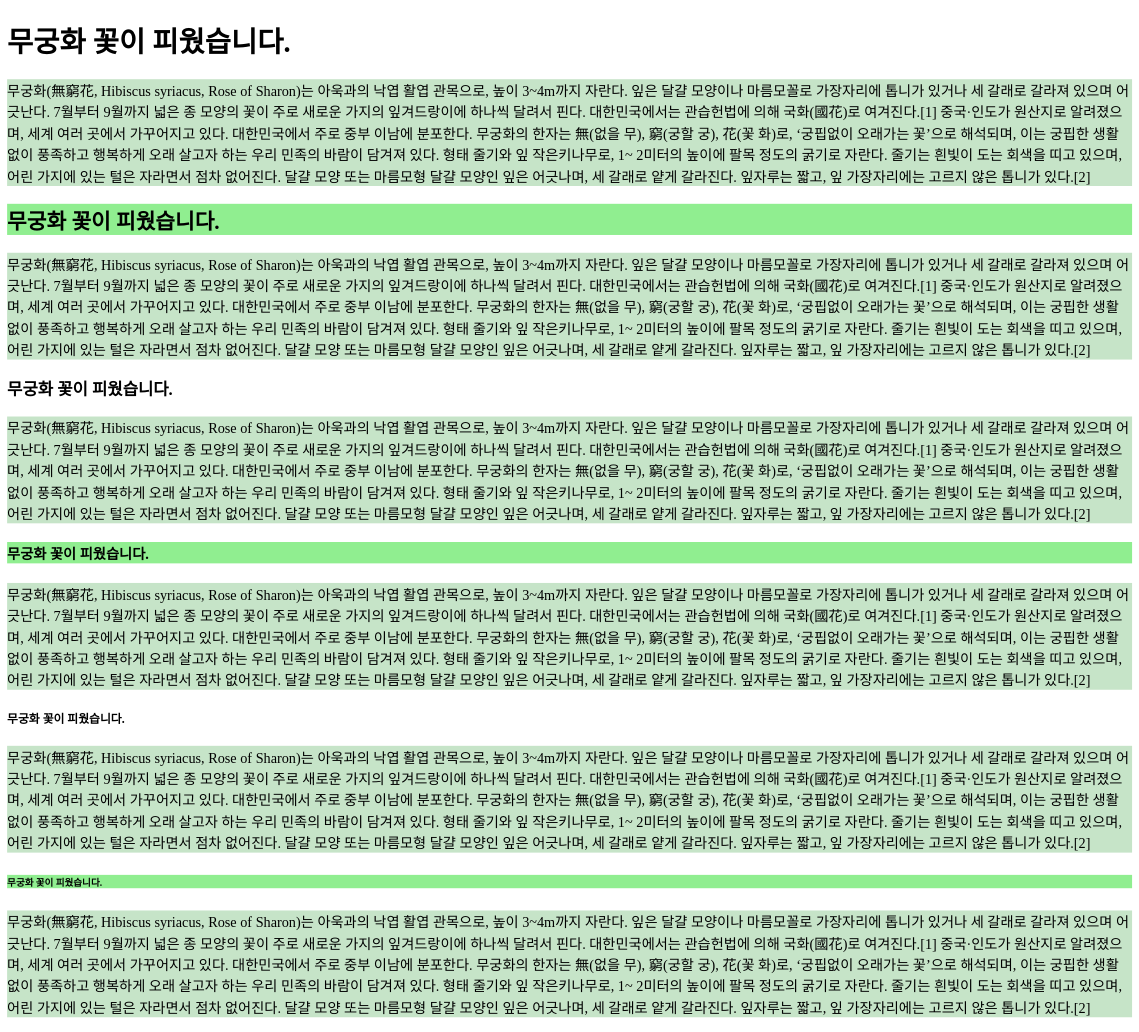
Repository: sH1222J/SH_DDit_WEB_study
Page: workspace/webpro/src/main/webapp/0304/heading제목테스트.html
These files come from the project's save history. The page is drawn as it stood at one moment and after the next save; the edit follows.
The browser window is 1280 px wide. The pictures show the whole page, at 89% of full size.

Above is the page before, as saved 2025-03-04 03:12:06.

### workspace/webpro/src/main/webapp/0304/heading제목테스트.html
<!DOCTYPE html>
<html>
<head>
<meta charset="UTF-8">
<title>Insert title here</title>

<style>
h1,h3,h5 {
	background: srblue;
}

h2,h4,h6 {
	background: lightgreen;
}

p {
	background: rgb(198, 228, 200);
}
</style>

</head>
<body>
	<h1>무궁화 꽃이 피웠습니다.</h1>
	<p>무궁화(無窮花, Hibiscus syriacus, Rose of Sharon)는 아욱과의 낙엽 활엽 관목으로, 높이
		3~4m까지 자란다. 잎은 달걀 모양이나 마름모꼴로 가장자리에 톱니가 있거나 세 갈래로 갈라져 있으며 어긋난다. 7월부터
		9월까지 넓은 종 모양의 꽃이 주로 새로운 가지의 잎겨드랑이에 하나씩 달려서 핀다. 대한민국에서는 관습헌법에 의해
		국화(國花)로 여겨진다.[1] 중국·인도가 원산지로 알려졌으며, 세계 여러 곳에서 가꾸어지고 있다. 대한민국에서 주로 중부
		이남에 분포한다. 무궁화의 한자는 無(없을 무), 窮(궁할 궁), 花(꽃 화)로, ‘궁핍없이 오래가는 꽃’으로 해석되며, 이는
		궁핍한 생활 없이 풍족하고 행복하게 오래 살고자 하는 우리 민족의 바람이 담겨져 있다. 형태 줄기와 잎 작은키나무로, 1~
		2미터의 높이에 팔목 정도의 굵기로 자란다. 줄기는 흰빛이 도는 회색을 띠고 있으며, 어린 가지에 있는 털은 자라면서 점차
		없어진다. 달걀 모양 또는 마름모형 달걀 모양인 잎은 어긋나며, 세 갈래로 얕게 갈라진다. 잎자루는 짧고, 잎 가장자리에는
		고르지 않은 톱니가 있다.[2]</p>
	<h2>무궁화 꽃이 피웠습니다.</h2>
	<p>무궁화(無窮花, Hibiscus syriacus, Rose of Sharon)는 아욱과의 낙엽 활엽 관목으로, 높이
		3~4m까지 자란다. 잎은 달걀 모양이나 마름모꼴로 가장자리에 톱니가 있거나 세 갈래로 갈라져 있으며 어긋난다. 7월부터
		9월까지 넓은 종 모양의 꽃이 주로 새로운 가지의 잎겨드랑이에 하나씩 달려서 핀다. 대한민국에서는 관습헌법에 의해
		국화(國花)로 여겨진다.[1] 중국·인도가 원산지로 알려졌으며, 세계 여러 곳에서 가꾸어지고 있다. 대한민국에서 주로 중부
		이남에 분포한다. 무궁화의 한자는 無(없을 무), 窮(궁할 궁), 花(꽃 화)로, ‘궁핍없이 오래가는 꽃’으로 해석되며, 이는
		궁핍한 생활 없이 풍족하고 행복하게 오래 살고자 하는 우리 민족의 바람이 담겨져 있다. 형태 줄기와 잎 작은키나무로, 1~
		2미터의 높이에 팔목 정도의 굵기로 자란다. 줄기는 흰빛이 도는 회색을 띠고 있으며, 어린 가지에 있는 털은 자라면서 점차
		없어진다. 달걀 모양 또는 마름모형 달걀 모양인 잎은 어긋나며, 세 갈래로 얕게 갈라진다. 잎자루는 짧고, 잎 가장자리에는
		고르지 않은 톱니가 있다.[2]</p>
	<h3>무궁화 꽃이 피웠습니다.</h3>
	<p>무궁화(無窮花, Hibiscus syriacus, Rose of Sharon)는 아욱과의 낙엽 활엽 관목으로, 높이
		3~4m까지 자란다. 잎은 달걀 모양이나 마름모꼴로 가장자리에 톱니가 있거나 세 갈래로 갈라져 있으며 어긋난다. 7월부터
		9월까지 넓은 종 모양의 꽃이 주로 새로운 가지의 잎겨드랑이에 하나씩 달려서 핀다. 대한민국에서는 관습헌법에 의해
		국화(國花)로 여겨진다.[1] 중국·인도가 원산지로 알려졌으며, 세계 여러 곳에서 가꾸어지고 있다. 대한민국에서 주로 중부
		이남에 분포한다. 무궁화의 한자는 無(없을 무), 窮(궁할 궁), 花(꽃 화)로, ‘궁핍없이 오래가는 꽃’으로 해석되며, 이는
		궁핍한 생활 없이 풍족하고 행복하게 오래 살고자 하는 우리 민족의 바람이 담겨져 있다. 형태 줄기와 잎 작은키나무로, 1~
		2미터의 높이에 팔목 정도의 굵기로 자란다. 줄기는 흰빛이 도는 회색을 띠고 있으며, 어린 가지에 있는 털은 자라면서 점차
		없어진다. 달걀 모양 또는 마름모형 달걀 모양인 잎은 어긋나며, 세 갈래로 얕게 갈라진다. 잎자루는 짧고, 잎 가장자리에는
		고르지 않은 톱니가 있다.[2]</p>
	<h4>무궁화 꽃이 피웠습니다.</h4>
	<p>무궁화(無窮花, Hibiscus syriacus, Rose of Sharon)는 아욱과의 낙엽 활엽 관목으로, 높이
		3~4m까지 자란다. 잎은 달걀 모양이나 마름모꼴로 가장자리에 톱니가 있거나 세 갈래로 갈라져 있으며 어긋난다. 7월부터
		9월까지 넓은 종 모양의 꽃이 주로 새로운 가지의 잎겨드랑이에 하나씩 달려서 핀다. 대한민국에서는 관습헌법에 의해
		국화(國花)로 여겨진다.[1] 중국·인도가 원산지로 알려졌으며, 세계 여러 곳에서 가꾸어지고 있다. 대한민국에서 주로 중부
		이남에 분포한다. 무궁화의 한자는 無(없을 무), 窮(궁할 궁), 花(꽃 화)로, ‘궁핍없이 오래가는 꽃’으로 해석되며, 이는
		궁핍한 생활 없이 풍족하고 행복하게 오래 살고자 하는 우리 민족의 바람이 담겨져 있다. 형태 줄기와 잎 작은키나무로, 1~
		2미터의 높이에 팔목 정도의 굵기로 자란다. 줄기는 흰빛이 도는 회색을 띠고 있으며, 어린 가지에 있는 털은 자라면서 점차
		없어진다. 달걀 모양 또는 마름모형 달걀 모양인 잎은 어긋나며, 세 갈래로 얕게 갈라진다. 잎자루는 짧고, 잎 가장자리에는
		고르지 않은 톱니가 있다.[2]</p>
	<h5>무궁화 꽃이 피웠습니다.</h5>
	<p>무궁화(無窮花, Hibiscus syriacus, Rose of Sharon)는 아욱과의 낙엽 활엽 관목으로, 높이
		3~4m까지 자란다. 잎은 달걀 모양이나 마름모꼴로 가장자리에 톱니가 있거나 세 갈래로 갈라져 있으며 어긋난다. 7월부터
		9월까지 넓은 종 모양의 꽃이 주로 새로운 가지의 잎겨드랑이에 하나씩 달려서 핀다. 대한민국에서는 관습헌법에 의해
		국화(國花)로 여겨진다.[1] 중국·인도가 원산지로 알려졌으며, 세계 여러 곳에서 가꾸어지고 있다. 대한민국에서 주로 중부
		이남에 분포한다. 무궁화의 한자는 無(없을 무), 窮(궁할 궁), 花(꽃 화)로, ‘궁핍없이 오래가는 꽃’으로 해석되며, 이는
		궁핍한 생활 없이 풍족하고 행복하게 오래 살고자 하는 우리 민족의 바람이 담겨져 있다. 형태 줄기와 잎 작은키나무로, 1~
		2미터의 높이에 팔목 정도의 굵기로 자란다. 줄기는 흰빛이 도는 회색을 띠고 있으며, 어린 가지에 있는 털은 자라면서 점차
		없어진다. 달걀 모양 또는 마름모형 달걀 모양인 잎은 어긋나며, 세 갈래로 얕게 갈라진다. 잎자루는 짧고, 잎 가장자리에는
		고르지 않은 톱니가 있다.[2]</p>

	<h6>무궁화 꽃이 피웠습니다.</h6>
	<p>무궁화(無窮花, Hibiscus syriacus, Rose of Sharon)는 아욱과의 낙엽 활엽 관목으로, 높이
		3~4m까지 자란다. 잎은 달걀 모양이나 마름모꼴로 가장자리에 톱니가 있거나 세 갈래로 갈라져 있으며 어긋난다. 7월부터
		9월까지 넓은 종 모양의 꽃이 주로 새로운 가지의 잎겨드랑이에 하나씩 달려서 핀다. 대한민국에서는 관습헌법에 의해
		국화(國花)로 여겨진다.[1] 중국·인도가 원산지로 알려졌으며, 세계 여러 곳에서 가꾸어지고 있다. 대한민국에서 주로 중부
		이남에 분포한다. 무궁화의 한자는 無(없을 무), 窮(궁할 궁), 花(꽃 화)로, ‘궁핍없이 오래가는 꽃’으로 해석되며, 이는
		궁핍한 생활 없이 풍족하고 행복하게 오래 살고자 하는 우리 민족의 바람이 담겨져 있다. 형태 줄기와 잎 작은키나무로, 1~
		2미터의 높이에 팔목 정도의 굵기로 자란다. 줄기는 흰빛이 도는 회색을 띠고 있으며, 어린 가지에 있는 털은 자라면서 점차
		없어진다. 달걀 모양 또는 마름모형 달걀 모양인 잎은 어긋나며, 세 갈래로 얕게 갈라진다. 잎자루는 짧고, 잎 가장자리에는
		고르지 않은 톱니가 있다.[2]</p>

</body>
</html>

After the next save:
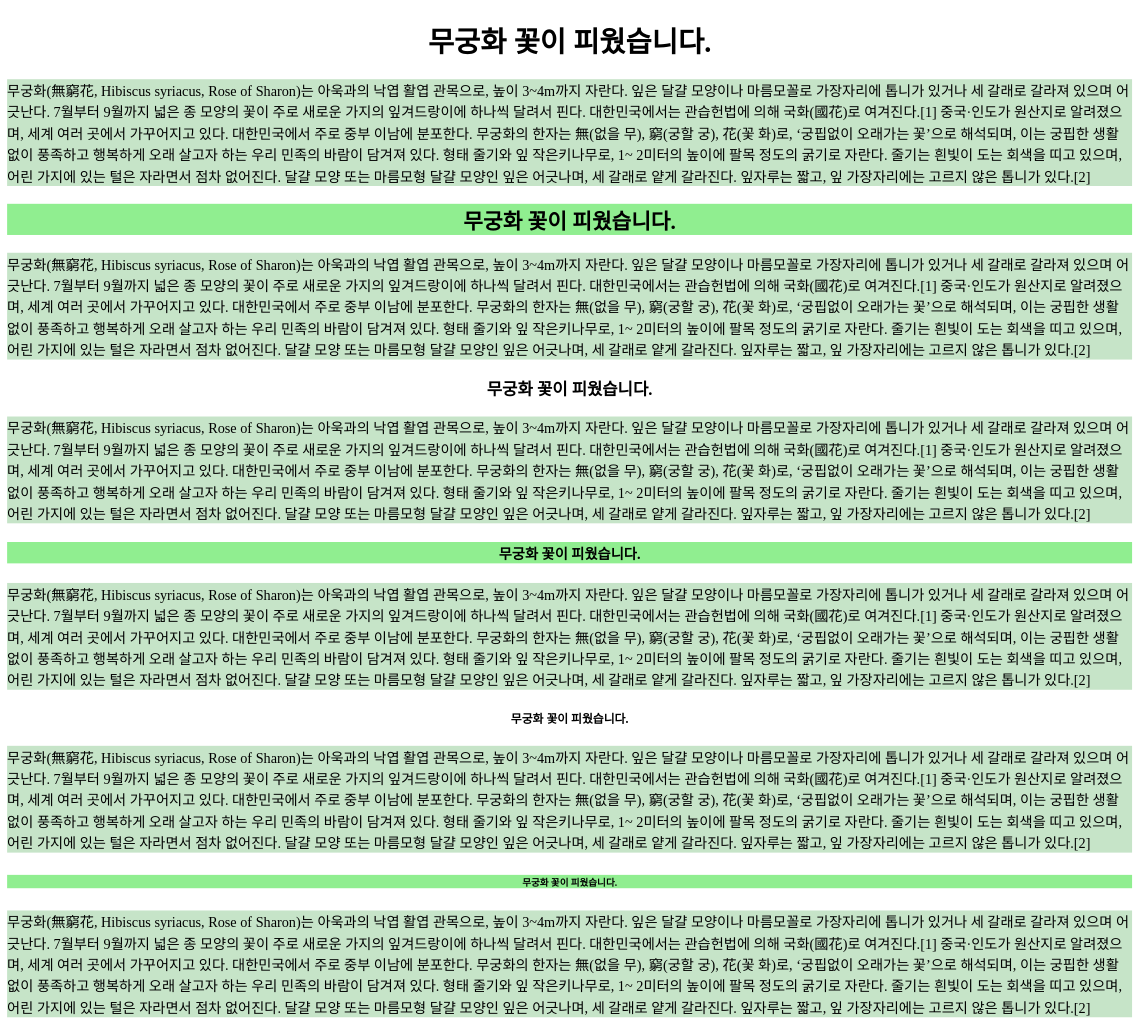
Saved 2 min 46 s later.
--- a/workspace/webpro/src/main/webapp/0304/heading제목테스트.html
+++ b/workspace/webpro/src/main/webapp/0304/heading제목테스트.html
@@ -5,12 +5,14 @@
 <title>Insert title here</title>
 
 <style>
-h1,h3,h5 {
+h1, h3, h5 {
 	background: srblue;
+	text-align: center;
 }
 
-h2,h4,h6 {
+h2, h4, h6 {
 	background: lightgreen;
+	text-align: center;
 }
 
 p {
